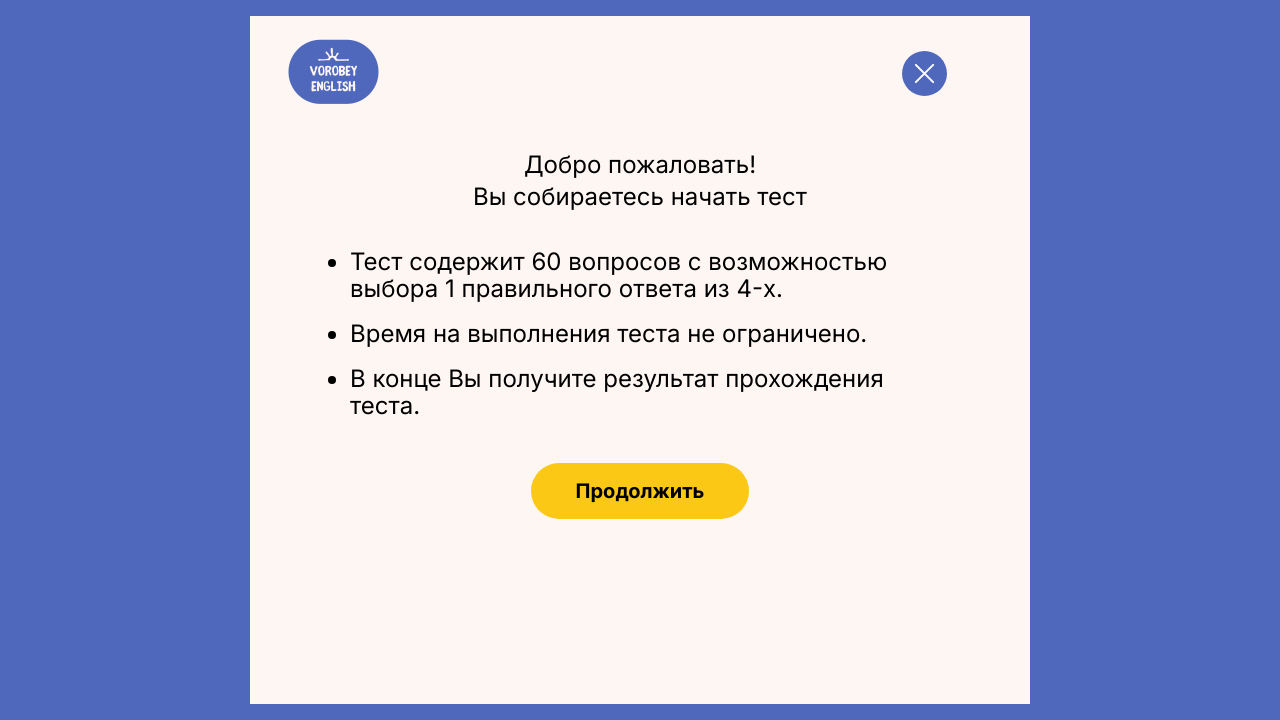
Repository: WladimirVA/PP-01-01_Dandelions
Page: next_test.html
An editor plug-in stored every save of this project. The page is shown before and after the next save, followed by the edit.
The browser window is 1280 px wide. The pictures show the whole page.

Above is the page before, as saved 2023-02-14 17:34:05.

### next_test.html
<!DOCTYPE html>
<html lang="en">
<head>
    <meta charset="UTF-8">
    <meta http-equiv="X-UA-Compatible" content="IE=edge">
    <meta name="viewport" content="width=\, initial-scale=1.0">
    <link href="./static/css/name.css" rel="stylesheet" type="text/css">
    <link href="./static/css/fonts.css" rel="stylesheet" type="text/css">
    <link rel="icon" sizes="16x16" href="./static/img/Иконка _Лого_ (1_1).svg" type="image/x-icon">
    <title>Dandelions</title>
</head>
<body>
    <form class="NAME_LOGO_INFO" action="./test.html">
        <div class="Name-logo">
            <img src="./static/img/Иконка _Лого_ (1).svg">
            <img class="Name-logo-img1-info" src="./static/img/Ellipse 6 (2).svg">
            <a href="./Index.html"><img class="Name-logo-img-info" src="./static/img/Vector (5).svg"></a>
        </div>
        <div class="info">
            <p>Добро пожаловать!<br>Вы собираетесь начать тест</p>
            <ul>
                <li>Тест содержит 60 вопросов с возможностью выбора 1 правильного ответа из 4-х.</li>
                <li class="info-li">Время на выполнения теста не ограничено.</li>
                <li>В конце Вы получите результат прохождения теста.</li>
            </ul>
        </div>
        <div class="button">
            <button class="button submit_button">Продолжить</button>
        </div>

        <input type="hidden" name="name" id="" value="" >
        <input type="hidden" id="" value="" >

    </form>
    </div>
</body>
</html>

### static/css/name.css
body {
    align-items: center;
    width: 100%;
    max-width: 1366px;
    margin: auto;
    font-family: 'Inter', 'Work Sans', "NunitoSans-Light", Arial, Helvetica, sans-serif;
    background: #4F68BB;
}

* {
    margin: 0;
    padding: 0;
}

.NAME_LOGO {
    width: 560px;
    height: 480px;
    position: fixed; top: 50%; left: 50%;
    transform: translate(-50%, -55%);
    /* box-shadow: 0px 0px 25px; */
    background-color: #FEF6F3;
}

.NAME_LOGO_INFO {
    width: 780px;
    height: 688px;
    position: fixed; top: 50%; left: 50%;
    transform: translate(-50%, -55%);
    /* box-shadow: 0px 0px 25px; */
    background-color: #FEF6F3;

    position: absolute;
    top:  50%;
    left: 50%;
    transform: translate(-50%,-50%);
}

.Name-logo {
    display: flex;
}

.Name-logo a {
    margin: 30px 0 0 0px;
}

.Name-logo-img1 {
    margin: 17px 0 0 280px;
}

.Name-logo-img1-info {
    margin: 17px 0 0 485px;
}

.Name-logo-img {
    margin: 17px 0 0 -33px;
}

.Name-logo-img-info {
    margin: 17px 0 0 -33px;
}

.name {
    margin: 60px 0 0 70px;
}

.name p {
    text-align: right;
    margin: 15px 73px 66px 0;
    font-family: 'Inter';
    font-style: normal;
    font-weight: 400;
    font-size: 12px;
    line-height: 16px;
}

.label {
    text-align: center;
    font-family: 'Inter';
    font-style: normal;
    font-weight: 400;
    font-size: 20px;
    line-height: 24px;
}

.text-input {
    margin: 15px 0 0 0;
    width: 388px;
    height: 48px;
    border: 1px solid #000000;
    border-radius: 10px;
}
.button {
    text-align: center;
}
.submit_button {
    background: #FBC815;
    border-radius: 50px;
    width: 218px;
    height: 56px;
    font-family: 'Inter';
    font-style: normal;
    font-weight: 700;
    font-size: 20px;
    line-height: 24px;
    border: 0;
    cursor: pointer;
}

.submit_button:hover {
    background-color: #BC9F3B;
}

.submit_button:active {
    background-color: #FDE07D;
}

.info p {
    text-align: center;
    font-family: 'Inter';
    font-style: normal;
    font-weight: 400;
    font-size: 24px;
    line-height: 32px;
    margin: 35px 0 35px 0;
}

.info-li {
    margin: 18px 0 18px 0;
}

.info ul {
    margin: 0 0 25px 100px;
    width: 580px;
    height: 190px;
    font-family: 'Inter';
    font-style: normal;
    font-weight: 400;
    font-size: 24px;
    line-height: 27px;
}

### static/css/fonts.css
/* @import url('https://fonts.googleapis.com/css2?family=Work+Sans:ital,wght@0,600;0,800;1,800&display=swap'); */


/* @import url('https://fonts.googleapis.com/css2?family=Inter:wght@400;500;600;700;800&family=Work+Sans:ital,wght@0,600;0,800;1,800&display=swap'); */


@import url('https://fonts.googleapis.com/css2?family=Inter:wght@100;200;300;400;500;600;700;800;900&display=swap');

@import url('https://fonts.googleapis.com/css2?family=Inter:wght@100;200;300;400;500;600;700;800;900&family=Work+Sans:ital,wght@0,100;0,200;0,300;0,400;0,500;0,600;0,700;0,800;0,900;1,100;1,200;1,300;1,400;1,500;1,600;1,700;1,800;1,900&display=swap');

After the next save:
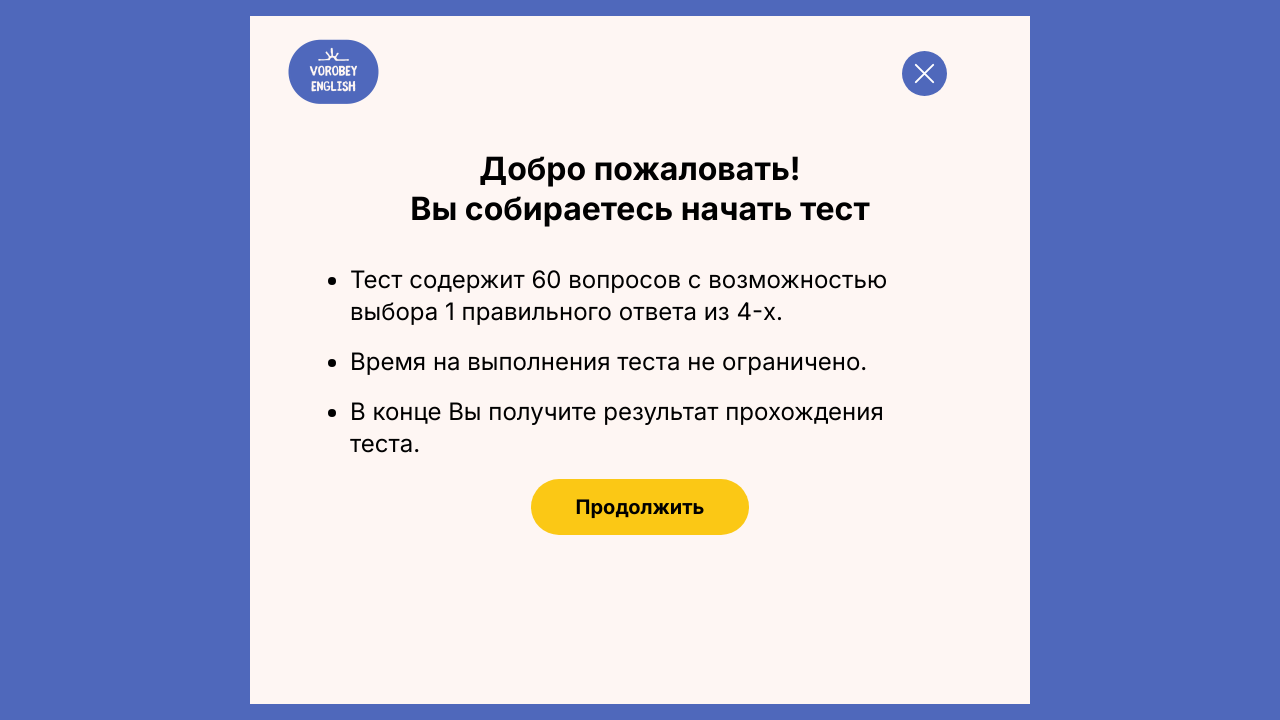
Saved 96 s later.
--- a/static/css/name.css
+++ b/static/css/name.css
@@ -118,9 +118,9 @@ body {
     text-align: center;
     font-family: 'Inter';
     font-style: normal;
-    font-weight: 400;
-    font-size: 24px;
-    line-height: 32px;
+    font-weight: 700;
+    font-size: 32px;
+    line-height: 40px;
     margin: 35px 0 35px 0;
 }
 
@@ -136,5 +136,5 @@ body {
     font-style: normal;
     font-weight: 400;
     font-size: 24px;
-    line-height: 27px;
+    line-height: 32px;
 }
